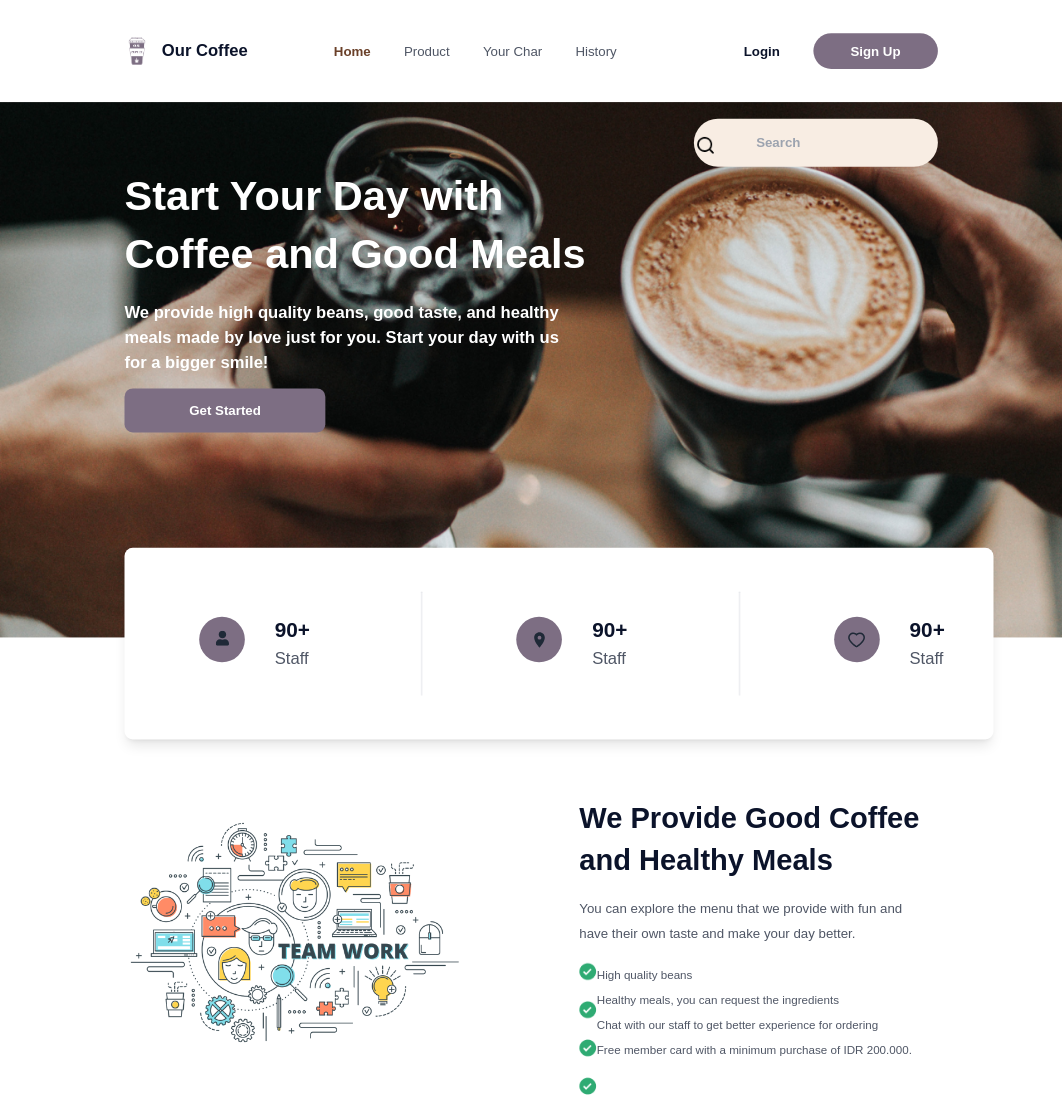
Repository: boykebn/fw12-collab2-FRONTEND
Page: / (app in our/)
The author's editor kept a copy of each file at every save. The page is drawn from the files as they stood at one save, then again after the next save.
The browser window is 1280 px wide. The pictures show the whole page, at 83% of full size.
The project was rebuilt for these pictures with package versions that can differ from the ones it lists, and the page was loaded fresh each time. The framework's server and built-in components were replaced by stand-ins that run in the browser. Also part of the build but not shown: our/next.config.js.

Above is the page before, as saved 2022-12-30 22:47:01.

After the next save:
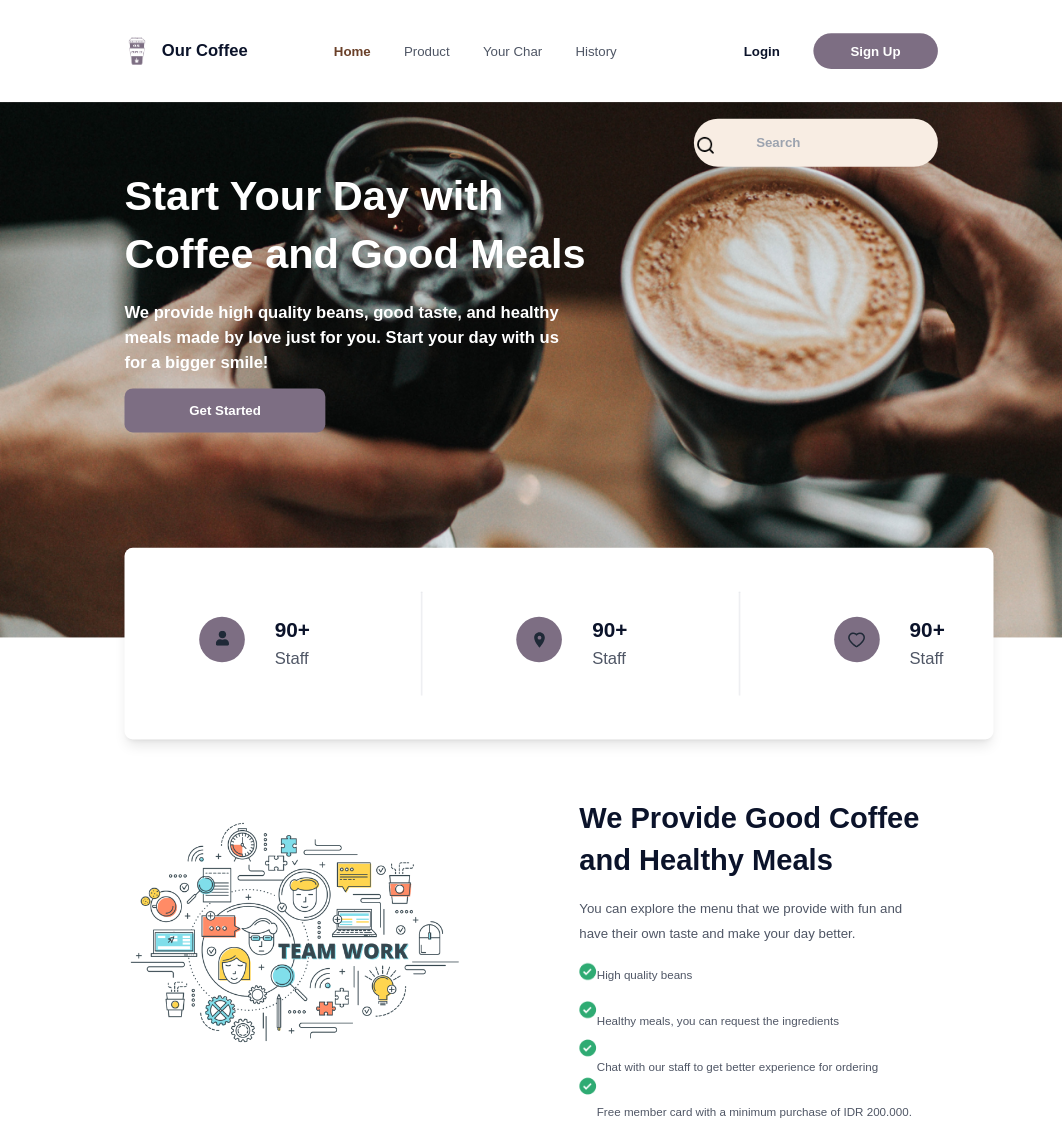
Saved 22 s later.
--- a/our/pages/index.js
+++ b/our/pages/index.js
@@ -98,9 +98,9 @@ export default function Home() {
               <Image src={ceklis} alt="ceklis" />
             </div>
             <div className="text-[#4F5665] text-[14px] leading-[30px]">
-              <p>High quality beans</p>
-              <p>Healthy meals, you can request the ingredients</p>
-              <p>Chat with our staff to get better experience for ordering</p>
+              <p className="mb-[25px]">High quality beans</p>
+              <p className="mb-[25px]">Healthy meals, you can request the ingredients</p>
+              <p className="mb-[25px]">Chat with our staff to get better experience for ordering</p>
               <p>Free member card with a minimum purchase of IDR 200.000.</p>
             </div>
           </div>
